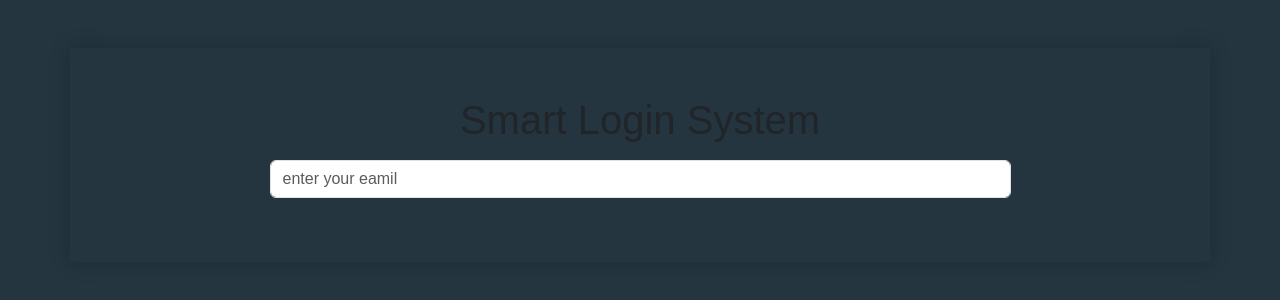
Repository: bodajava/TASK-4
Page: index.html
An editor plug-in stored every save of this project. The page is shown before and after the next save, followed by the edit.
The browser window is 1280 px wide. The pictures show the whole page.

Above is the page before, as saved 2025-06-16 18:32:02.

After the next save:
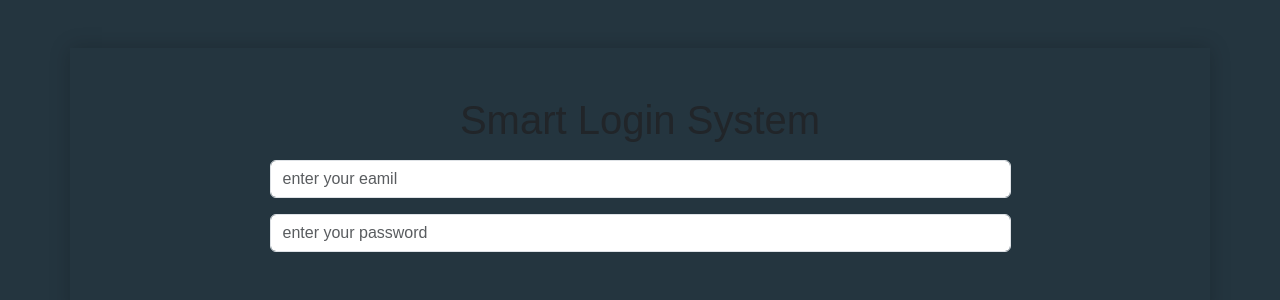
Saved 2 min 53 s later.
--- a/index.html
+++ b/index.html
@@ -18,6 +18,12 @@
           placeholder="enter your eamil"
           id="signinEmail"
         />
+        <input
+          type="password"
+          class="form-control my-3"
+          placeholder="enter your password"
+          id="signinPassword"
+        />
       </div>
     </div>
 
